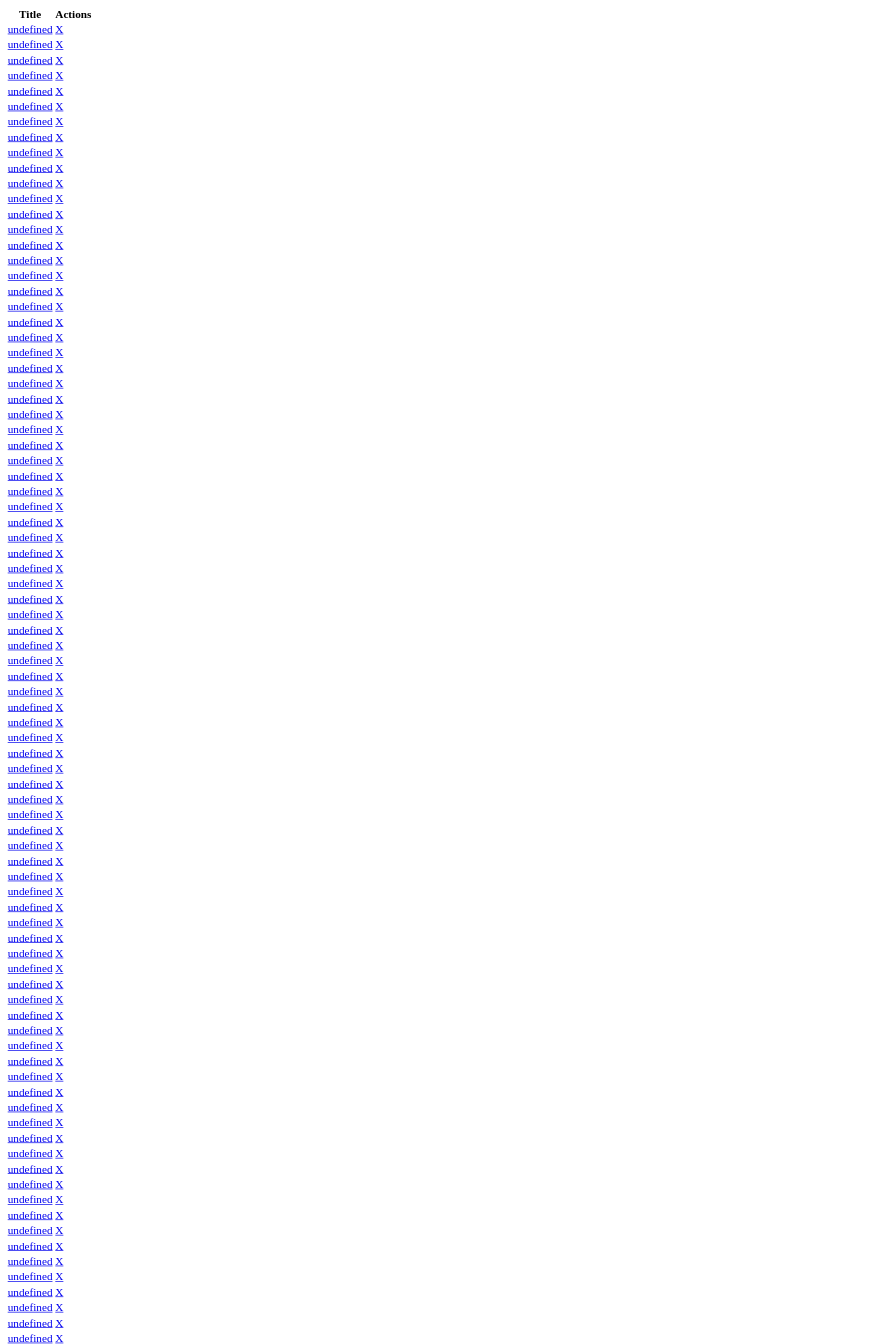
Repository: chandruxp/jumly
Page: public/view.html
The author's editor kept a record of every edit. The page is drawn from the files as they stood at one moment, then again after the next edit.
The browser window is 1280 px wide. The pictures show the part of the page from y = 0 to 1920 px (the page is 26616 px tall before and 26634 px after), at 70% of full size.
Some web libraries are served in a nearby version.

Above is the page before.

### public/view.html
<!doctype html>
<html>
    <head>
        <meta charset='utf-8'/>
        <script src='//code.jquery.com/jquery-2.0.0.min.js'></script>
    </head>
    <body>
        <table>
            <thead><tr><th>Title</th><th>Actions</th></tr></thead>
            <tbody></tbody>
        </table>
        <script>
            $.ajax({
                url: "./api.php",
                type: "GET",
                success: function(data){
                    for(i in data) {
                        var d = data[i];
                        var tr = $("<tr>");
                        tr.append("<td><a href='editor.html?diagram_id="+d.diagram_id+"'>"+d.title+"</a></td><td><a href='#' class='delete' data-did='"+d.diagram_id+"'>X</a></td>");
                        $("table tbody").append(tr);
                    }
                }
            });

            $("table tbody").on("click", ".delete", function(){
                $.ajax({
                    url: "./api.php",
                    type: "POST",
                    data: {action: "delete", diagram_id: $(this).data('did')},
                    success: function() {
                        location.reload();
                    }
                })
            });
        </script>
    </body>
</html>

After the next edit:
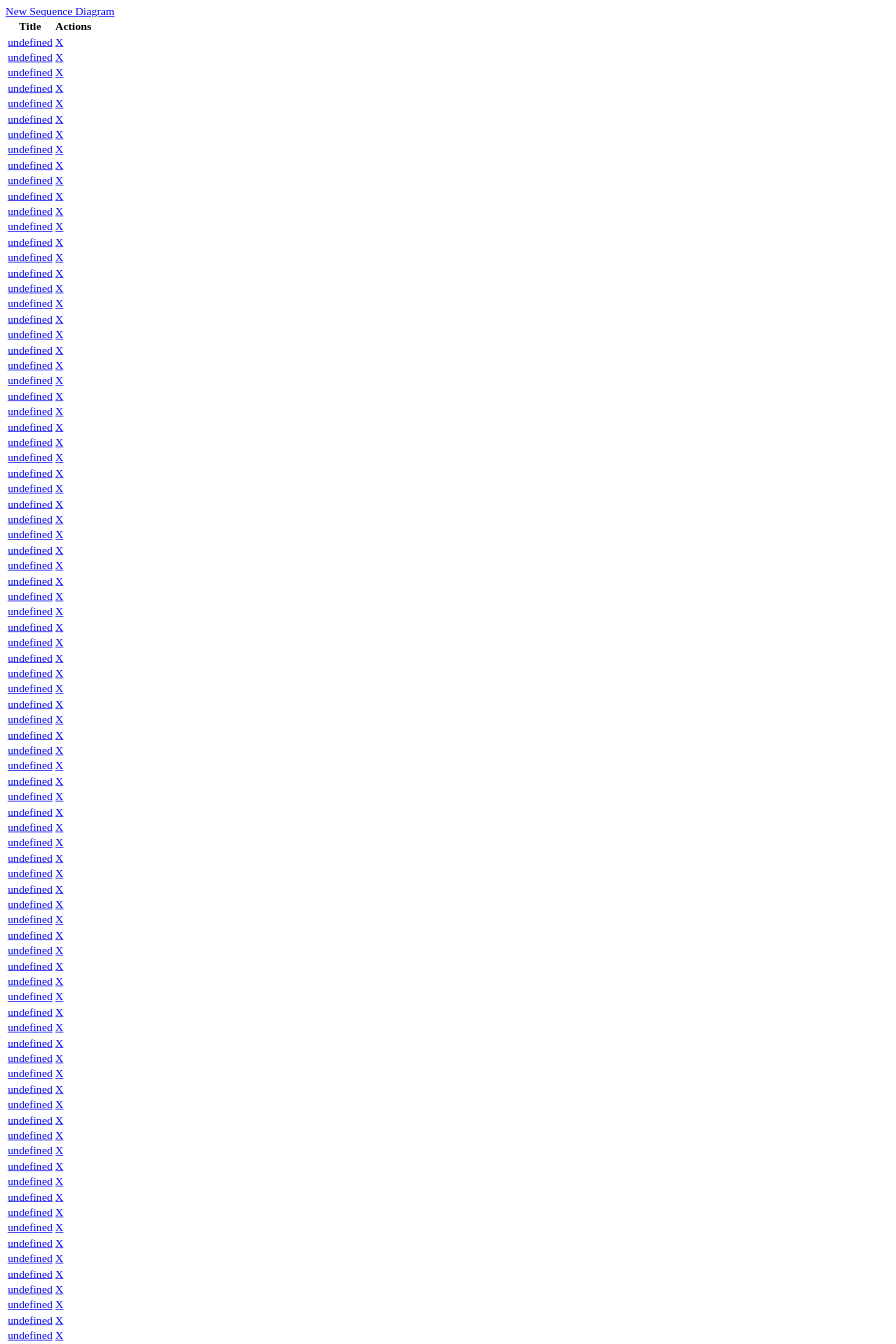
The edit:
--- a/public/view.html
+++ b/public/view.html
@@ -5,6 +5,7 @@
         <script src='//code.jquery.com/jquery-2.0.0.min.js'></script>
     </head>
     <body>
+        <a href='editor.html'>New Sequence Diagram</a>
         <table>
             <thead><tr><th>Title</th><th>Actions</th></tr></thead>
             <tbody></tbody>
